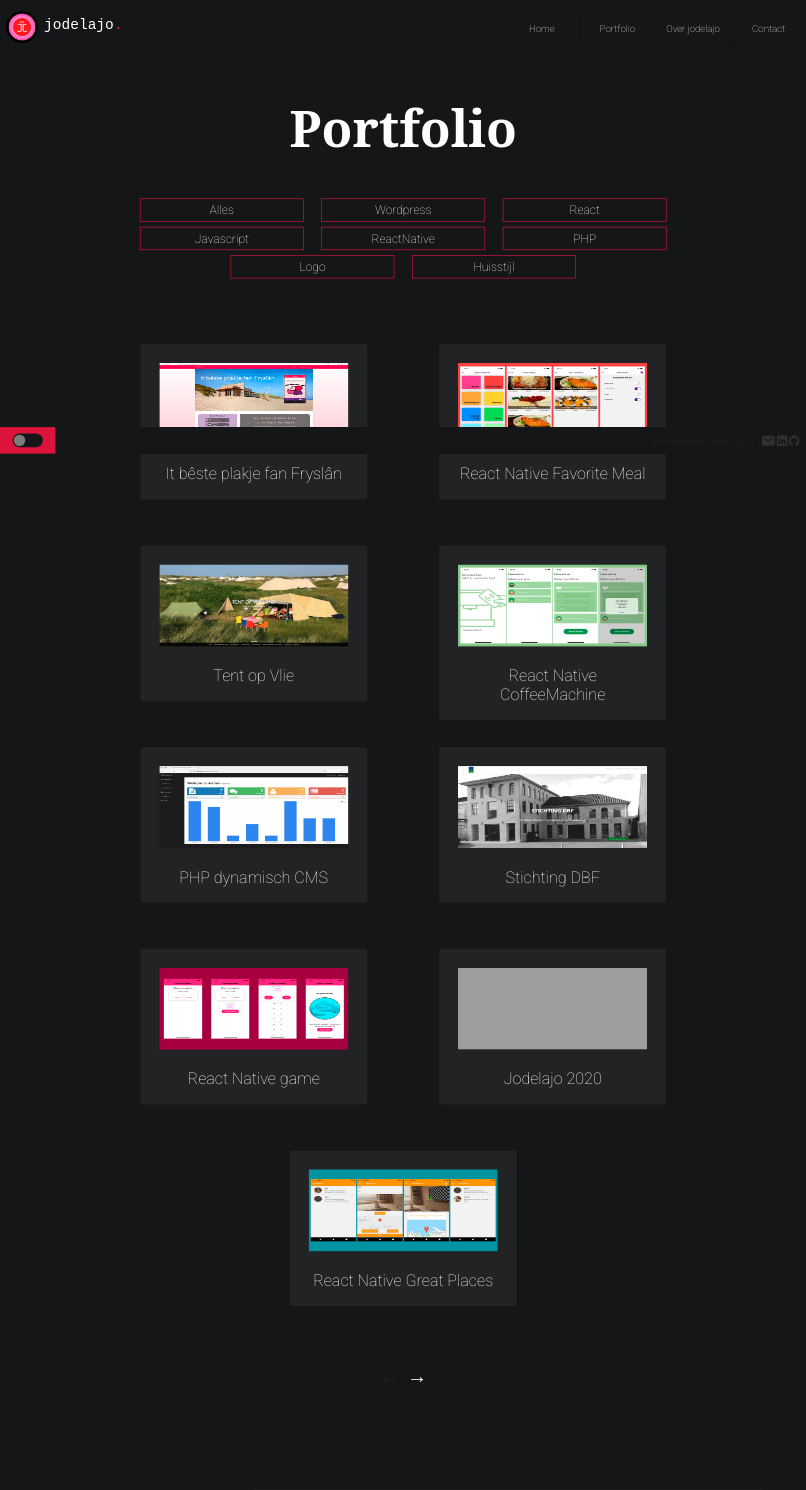
Repository: jodelajo/react-jodelajo
Page: /portfolioscreen
These files come from the project's save history. The page is drawn as it stood at one moment and after the next save; the edit follows.
The browser window is 1280 px wide. The pictures show the whole page, at 63% of full size.
Pictures or frames that could not be fetched are drawn as grey boxes. The project was rebuilt for these pictures with package versions that can differ from the ones it lists, and the page was loaded fresh each time. Also part of the build but not shown: src/pages/home/Home.js, src/pages/singlePortfolio/SinglePortfolio.module.css, src/components/characteristics/Characteristics.js, src/pages/singlePortfolio/SinglePortfolio.js, src/pages/about/About.module.css, src/pages/about/About.js, src/pages/contact/Contact.module.css, src/pages/contact/Contact.js.

Above is the page before, as saved 2021-09-20 14:43:37.

### public/index.html
<!DOCTYPE html>
<html lang="en">
  <head>
    <meta charset="utf-8" />
    <link rel="icon" href="%PUBLIC_URL%/favicon.ico" />
    <link rel="preconnect" href="https://fonts.gstatic.com">
    <link href="https://fonts.googleapis.com/css2?family=Roboto:wght@100;400;900&display=swap" rel="stylesheet">
    <link rel="preconnect" href="https://fonts.gstatic.com">
    <link href="https://fonts.googleapis.com/css2?family=Noto+Serif:wght@400;700&display=swap" rel="stylesheet">
    <meta name="viewport" content="width=device-width, initial-scale=1" />
    <meta name="theme-color" content="#000000" />
    <meta
      name="description"
      content="Jodelajo Design && Coding"
    />

    <title>Jodelajo - Frontend development</title>
  </head>
  <body>

    <div id="root"></div>

  </body>
</html>

### src/index.js
import React from "react";
import ReactDOM from "react-dom";
import "./index.css";
import App from "./App";
import { BrowserRouter as Router } from "react-router-dom";
import reportWebVitals from "./reportWebVitals";

ReactDOM.render(
  <React.StrictMode>
    <Router>
      <App />
    </Router>
  </React.StrictMode>,
  document.getElementById("root")
);

reportWebVitals();

### src/index.css
:root {
  --colors-primary: #151617;
  --colors-background: white;
  --colors-accent: rgb(220, 20, 60);
  --colors-portfolio: #222324;
  --colors-content: rgb(124, 123, 123);
  --colors-footer: #303031;
}
body {
  margin: 0;
  padding: 0;
  font-family: "Roboto", sans-serif;
  box-sizing: border-box;
  font-size: 1.6rem;
  width: 100%;
}

h1 {
  font-size: 3.2rem;
  font-family: "Noto Serif", serif;
  font-weight: 700;
  color: var(--colors-background);
  padding-top: 100px;
}

@media only screen and (min-width: 576px) {
  h1 {
    font-size: 4rem;
  }
}

@media only screen and (min-width: 768px) {
  h1 {
    font-size: 8rem;
  }
}

@media only screen and (min-width: 992px) {
  h1 {
    font-size: 10rem;
  }
}

@media only screen and (min-width: 1200px) {
  h1 {
    font-size: 12rem;
  }
}

### src/App.js
import React, {  useState } from "react";
import "./App.css";
import "./theme.css";
import { Route, Switch, } from "react-router-dom";
import NavBar from "./components/navBar/NavBar";
import Home from "./pages/home/Home";
import PortfolioScreen from "./pages/portfolioScreen/PortfolioScreen";
import SinglePortfolio from "./pages/singlePortfolio/SinglePortfolio";
import About from "./pages/about/About";
import Contact from "./pages/contact/Contact";
import Footer from "./components/footer/Footer";
import useGaTracker from "./components/useGaTracker";

function App() {
  useGaTracker()
  const [theme, setTheme] = useState("dark");

  function themeHandler() {
    if (theme === "light") {
      setTheme("dark");
    } else {
      setTheme("light");
    }
  }

  return (
    <div className={`App ${theme}`}>
      <div className="app-container">
        <NavBar />

        <Switch>
          <Route exact path="/" component={Home} />
          <Route path="/portfolioscreen" component={PortfolioScreen} />
          <Route path="/singleportfolio/:slug" component={SinglePortfolio} />
          <Route path="/about" component={About} />
          <Route path="/contact" component={Contact} />
        </Switch>
        <span className="footer">
          <Footer themeHandler={themeHandler} />
        </span>
      </div>
    </div>
  );
}

export default App;

### src/App.css
.app-container {
  display: flex;
  flex-direction: column;
  justify-content: space-between;
  width: 100vw;
  align-items: center;
}

.footer {
  display: flex;
  width: 100%;
}

### src/theme.css
.dark {
  --colors-primary: #151617;
  --colors-background: white;
  --colors-accent: rgb(220, 20, 60);
  --colors-portfolio: #222324;
  --colors-content: rgb(124, 123, 123);
  --colors-footer: #303031;
  background-color: #151617;
  min-height: 100vh;
}

.light {
  --colors-primary: #fff;
  --colors-background: #151617;
  --colors-accent: rgb(220, 20, 60);
  --colors-portfolio: rgb(206, 206, 206);
  --colors-content: rgb(124, 123, 123);
  --colors-footer: #303031;
  background-color: #fff;
  min-height: 100vh;
}

### src/components/navBar/NavBar.js
import React, { useState } from "react";
import styles from "./NavBar.module.css";
import { Link } from "react-router-dom";
import logo from "../../assets/images/logo300x300.png";

function NavBar() {
  const [checked, setChecked] = useState(false);

  function handleClick() {
    setChecked(!checked);
  }

  return (
    <div className={styles["navbar-container"]}>
      <div className={styles["logo-name-wrapper"]}>
        <Link to="/">
          <img src={logo} alt="logo" className={styles["logo"]} />
        </Link>
        <h2>
          jodelajo<span className={styles["dot"]}>.</span>
        </h2>
      </div>

      <label htmlFor="hamburger" className={styles["hamburger-icon"]}>
        &#9776;
      </label>

      <input
        type="checkbox"
        className={styles["hamburger"]}
        id="hamburger"
        checked={checked}
        onChange={() => {
          setChecked(!checked);
        }}
      />

      {checked && (
        <div className={styles["nav-wrapper"]}>
          <Link to="/" className={styles["menuClass"]} onClick={handleClick}>
            Home
          </Link>
          <Link
            to="/portfolioScreen"
            className={styles["menuClass"]}
            onClick={handleClick}
          >
            Portfolio
          </Link>
          <Link
            to="/about"
            className={styles["menuClass"]}
            onClick={handleClick}
          >
            Over jodelajo
          </Link>
          <Link
            to="/contact"
            className={styles["menuClass"]}
            onClick={handleClick}
          >
            Contact
          </Link>
        </div>
      )}

      {!checked && (
        <div className={styles["nav-wrapper-web"]}>
          <Link to="/" className={styles["menuClass"]}>
            Home
          </Link>
          <Link to="/portfolioScreen" className={styles["menuClass"]}>
            Portfolio
          </Link>
          <Link to="/about" className={styles["menuClass"]}>
            Over jodelajo
          </Link>
          <Link to="/contact" className={styles["menuClass"]}>
            Contact
          </Link>
        </div>
      )}
    </div>
  );
}
export default NavBar;

### src/pages/portfolioScreen/PortfolioScreen.js
import React, { useState } from "react";
import { Link } from "react-router-dom";
import styles from "./PortfolioScreen.module.css";
import portfolioData from "../../data/portfolio.json";

function PortfolioScreen() {
  const [filteredPort, setFilteredPort] = useState(portfolioData);
  const [start, setStart] = useState(0);
  const [end, setEnd] = useState(9);

  function nextScreenHandler() {
    setStart(start + 9);
    setEnd(end + 9);
  }
  function prevScreenHandler() {
    setStart(start - 9);
    setEnd(end - 9);
  }

  function handeClickAll() {
    setFilteredPort(portfolioData);
  }

  const portWordpress = portfolioData.filter((port) => {
    return port.category.Wordpress;
  });

  const portJavascript = portfolioData.filter((port) => {
    return port.category.Javascript;
  });

  const portReact = portfolioData.filter((port) => {
    return port.category.React;
  });

  const portReactNative = portfolioData.filter((port) => {
    return port.category.ReactNative;
  });

  const portPHP = portfolioData.filter((port) => {
    return port.category.PHP;
  });
  const portLogo = portfolioData.filter((port) => {
    return port.category.Logo;
  });

  const portHuisstijl = portfolioData.filter((port) => {
    return port.category.Huisstijl;
  });

  function handleClickWordpress() {
    if (portWordpress) {
      setFilteredPort(portWordpress);
    }
  }

  function handleClickReact() {
    if (portReact) {
      setFilteredPort(portReact);
    }
  }

  function handleClickJavascript() {
    if (portJavascript) {
      setFilteredPort(portJavascript);
    }
  }

  function handleClickReactNative() {
    if (portReactNative) {
      setFilteredPort(portReactNative);
    }
  }

  function handleClickLogo() {
    if (portLogo) {
      setFilteredPort(portLogo);
    }
  }
  function handleClickPHP() {
    if (portPHP) {
      setFilteredPort(portPHP);
    }
  }

  function handleClickHuisstijl() {
    if (portHuisstijl) {
      setFilteredPort(portHuisstijl);
    }
  }

  return (
    <div className={styles["port-container"]}>
      <h1>Portfolio</h1>
      <div className={styles["port-buttons"]}>
        <button
          type="button"
          className={styles["cat-button"]}
          onClick={handeClickAll}
          value="all"
        >
          Alles
        </button>
        <button
          type="button"
          className={styles["cat-button"]}
          onClick={handleClickWordpress}
          value="wordpress"
        >
          Wordpress
        </button>
        <button
          type="button"
          className={styles["cat-button"]}
          value="react"
          onClick={handleClickReact}
        >
          React
        </button>
        <button
          type="button"
          className={styles["cat-button"]}
          value="javascript"
          onClick={handleClickJavascript}
        >
          Javascript
        </button>
        <button
          type="button"
          className={styles["cat-button"]}
          value="react-native"
          onClick={handleClickReactNative}
        >
          ReactNative
        </button>
        <button
          type="button"
          className={styles["cat-button"]}
          value="php"
          onClick={handleClickPHP}
        >
          PHP
        </button>
        <button
          type="button"
          className={styles["cat-button"]}
          value="logo"
          onClick={handleClickLogo}
        >
          Logo
        </button>

        <button
          type="button"
          className={styles["cat-button"]}
          value="huisstijl"
          onClick={handleClickHuisstijl}
        >
          Huisstijl
        </button>
      </div>

      <div className={styles["port-wrapper"]}>
        {filteredPort.slice(start, end).map((singlePort) => (
          <div className={styles["port-wrappertje"]} key={singlePort.id}>
            <Link
              to={`/singleportfolio/${singlePort.id}`}
              className={styles["port-comp"]}
            >
              <div className={styles["image-box"]}>
                <img
                  src={singlePort.image}
                  alt="portfolio"
                  className={styles["port-img"]}
                />
              </div>

              <p>{singlePort.title}</p>
            </Link>
          </div>
        ))}
      </div>
      <div className={styles["web-buttons"]}>
        <button
          className={styles["arrow-button"]}
          type="button"
          disabled={start < 1}
          onClick={prevScreenHandler}
        >
          ←
        </button>
        <button
          className={styles["arrow-button"]}
          type="button"
          disabled={end >= filteredPort.length}
          onClick={nextScreenHandler}
        >
          →
        </button>
      </div>
    </div>
  );
}
export default PortfolioScreen;

### src/components/footer/Footer.js
import React from "react";
import styles from "./Footer.module.css";
import { IoLogoGithub, IoLogoLinkedin, IoMail } from "react-icons/io5";
import ThemeButton from "../themeButton/ThemeButton";

function Footer({ themeHandler }) {
  const day = new Date();
  const year = day.getFullYear();

  return (
    <div className={styles["footer-container"]}>
      <div className={styles.buttonContainer}>
        <ThemeButton onClick={themeHandler} />
      </div>
      <div className={styles["info-container"]}>
        <p className={styles["contact-text"]}>
          GirlPowered by: jodelajo {year}
        </p>
        <div className={styles.icons}>
          <span className={styles["contact-icons"]}>
            <a href="mail.to:jodelajo@gmail.com">
              <IoMail className={styles.mail} />
            </a>
          </span>
          <span className={styles["contact-icons"]}>
            <a
              href="https://www.linkedin.com/in/joanneke-haasbroek-77b31020/"
              target="_blank"
              rel="noreferrer"
            >
              <IoLogoLinkedin />
            </a>
          </span>
          <span className={styles["contact-icons"]}>
            <a
              href="https://github.com/jodelajo"
              target="_blank"
              rel="noreferrer"
            >
              <IoLogoGithub />
            </a>
          </span>
        </div>
      </div>
    </div>
  );
}
export default Footer;

### src/components/useGaTracker.js
import { useEffect, useState } from "react";
import { useLocation } from "react-router-dom";
import ReactGA from "react-ga";

const useGaTracker = () => {
    const location = useLocation();
    const [initialized, setInitialized] = useState(false);

    useEffect(() => {
        if (!window.location.href.includes("localhost")) {
        ReactGA.initialize("UA-199953893-1");
        }
        setInitialized(true);
    }, []);

    useEffect(() => {
        if (initialized) {
        ReactGA.pageview(location.pathname + location.search);
        }
    }, [initialized, location]);
};

export default useGaTracker;

### src/components/navBar/NavBar.module.css
.navbar-container {
  display: flex;
  position: fixed;
  top: 0;
  width: 100%;
  height: 90px;
  background-color: var(--colors-primary);
  color: var(--colors-background);
  justify-content: space-between;
  align-items: center;
  z-index: 1;
  font-size: 0.6em;
}

.nav-wrapper {
  display: block;
  top: 90px;
  right: 0;
  width: 200px;
  position: absolute;
}

.nav-wrapper-web {
  display: none;
}

.logo-name-wrapper {
  display: flex;
}

h2 {
  font-family: "Courier New", Courier, monospace;
  font-weight: 300;
  color: var(--colors-background);
}

.dot {
  color: var(--colors-accent);
}

.logo {
  width: 70px;
  height: 70px;
}

.hamburger-icon {
  color: var(--colors-background);
  font-size: 2.2em;
  margin-right: 10px;
  margin-bottom: 12px;
}

#hamburger {
  display: none;
}

.hamburger {
  display: none;
}

.menuClass {
  width: 200px;
  padding: 20px 10px;
  font-weight: 300;
  text-decoration: none;
  color: var(--colors-background);
  text-align: center;
  box-sizing: border-box;
  display: block;
  border-bottom: 2px solid var(--colors-content);
  background-color: var(--colors-primary);
}

@media only screen and (min-width: 992px) {
  .nav-wrapper-web {
    box-sizing: border-box;
    display: flex;
    justify-content: space-between;
  }

  .nav-wrapper {
    display: none;
  }

  .hamburger-icon {
    display: none;
  }

  .menuClass {
    width: 120px;
    background-color: var(--colors-primary);
    border: none;
    font-weight: 300;
  }

  .menuClass:hover {
    color: var(--colors-accent);
  }
}
@media only screen and (min-width: 1600px) {
  .navbar-container {
    font-size: 1.2rem;
  }
  .menuClass {
    width: 160px;
  }
}

### src/pages/home/Home.module.css
.home-wrapper {
  display: flex;
  width: 100vw;
  height: 100%;
  align-items: center;
  justify-content: center;
  flex-wrap: wrap;
  flex-grow: 1;
  min-height: 100%;
  text-align: center;
}

.and {
  color: var(--colors-accent);
}

.main {
  font-size: 1.6rem;
  font-weight: 400;
  color: var(--colors-content);
  margin-bottom: 100px;
  width: 70%;
  height: auto;
  text-align: start;
}

.accent {
  color: var(--colors-background);
  font-weight: 400;
  text-decoration: none;
}

.accent:hover {
  color: var(--colors-accent);
  cursor: pointer;
}

@media only screen and (min-width: 576px) {
  .main {
    font-size: 2rem;
  }
}

@media only screen and (min-width: 768px) {
  .main {
    font-size: 3rem;
    font-weight: 300;
  }

  .accent {
    font-weight: 300;
  }
}

@media only screen and (min-width: 992px) {
  .aboutWrapper {
    width: 70%;
  }
}

@media only screen and (min-width: 1200px) {
  h1 {
    margin-top: 3rem;
  }
  .main {
    font-size: 3.6rem;
  }
}

@media only screen and (min-width: 1600px) {
  .home-wrapper {
    margin-bottom: 40px;
    /* padding-top: 100px; */
    width: 90%;
  }
}

### src/pages/portfolioScreen/PortfolioScreen.module.css
.port-container {
  width: 80%;
  flex-grow: 1;
  display: flex;
  flex-direction: column;
  align-items: center;
  margin-top: 0;
  margin-bottom: 160px;
}

.port-container h1 {
  font-size: 2rem;
}

.port-wrapper {
  display: flex;
  flex-direction: row;
  justify-content: space-evenly;
  color: var(--colors-background);
  font-size: 1.6rem;
  font-weight: 200;
  flex-wrap: wrap;
  gap: 20px;
}

.port-comp {
  list-style-type: none;
  text-align: center;
  background-color: var(--colors-portfolio);
  border-radius: 4px;
  padding: 30px 30px 0 30px;
  display: flex;
  flex-direction: column;
  text-decoration: none;
  color: var(--colors-background);
}

.image-box {
  overflow: hidden;
}

.port-img {
  width: 300px;
  height: 130px;
  transition: all 0.3s ease-in-out;
}

.port-img:hover {
  transform: scale(1.1);
}

.port-buttons {
  margin-bottom: 20px;
  display: flex;
  column-gap: 20px;
  flex-wrap: wrap;
  justify-content: center;
}

.cat-button {
  background-color: var(--colors-primary);
  color: var(--colors-background);
  border: 1px solid var(--colors-accent);
  font-family: "Roboto", sans-serif;
  font-size: 1.2rem;
  font-weight: 200;
  width: 130px;
  padding: 6px 2px;
  cursor: pointer;
  margin: 4px;
}
.web-buttons {
  display: flex;
  margin-top: 40px;
}
.arrow-button {
  font-size: 2rem;
  border: none;
  background-color: var(--colors-primary);
  color: var(--colors-background);
  cursor: pointer;
  margin: 0;
}

.arrow-button:hover {
  color: var(--colors-accent);
}

.arrow-button:disabled {
  color: var(--colors-portfolio);
  cursor: default;
}
@media only screen and (min-width: 768px) {
  .port-container h1 {
    font-size: 4rem;
  }
  .port-buttons {
    margin-bottom: 100px;
  }
}

@media only screen and (min-width: 992px) {
  .port-container h1 {
    font-size: 5rem;
  }
  .port-wrappertje{
    max-width: 360px;
    height: 300px;
  }
  .cat-button {
    width: 260px;
  }
}
@media only screen and (min-width: 1600px) {
  .port-container h1 {
    font-size: 6rem;
  }
  .port-buttons{
    max-width: 60%;
  }
  .port-wrapper {
    max-width: 80%;
  }
  .port-img {
    width: 400px;
    height: 213px;
  }
}

### src/components/footer/Footer.module.css
.footer-container {
  background-color: var(--colors-primary);
  width: 100%;
  position: fixed;
  bottom: 0;
  flex-shrink: 0;
  display: flex;
  z-index: 20;
  justify-content: space-between;
  align-items: flex-end;
}

.buttonContainer {
  margin: 0;
}

.info-container {
  display: flex;
  padding-right: 10px;
  column-gap: 10px;
  justify-content: flex-end;
  align-items: center;
}

.contact-text {
  color: var(--colors-footer);
  font-size: 0.8rem;
  font-weight: 200;
}

.icons {
  display: flex;
  align-items: flex-end;
}
.contact-icons a {
  font-size: 1.2rem;
  color: var(--colors-footer);
}

.contact-icons a:hover {
  color: var(--colors-background);
}

.mail {
  font-size: 1.46rem;
  margin-bottom: -3px;
}

### src/components/themeButton/ThemeButton.js
import React, { useState } from "react";
import styles from "./ThemeButton.module.css";

function ThemeButton({ onClick }) {
  const [checked, toggleChecked] = useState(false);

  function handleChecked() {
    onClick();
    toggleChecked(!checked);
  }
  return (
    <>
      <div className={styles["switch-wrapper"]}>
        <input
          type="checkbox"
          className={styles["switch"]}
          id="switch"
          onClick={handleChecked}
        />

        <label htmlFor="switch" className={styles["switch-btn"]} />
      </div>
    </>
  );
}
export default ThemeButton;

### src/components/themeButton/ThemeButton.module.css
.switch-wrapper {
    min-width: 100%;
    background-color: var(--colors-accent);
    display: flex;
    justify-content: center;
    align-items: center;
    padding: 10px;
}

.switch {
    display: none;
}

.switch-btn {
    box-sizing: border-box;
    position: relative;
    outline: none;
    width: 3rem;
    height: 1.4rem;
    display: block;
    cursor: pointer;
    background: var(--colors-primary);
    border-radius: 2rem;
    padding: 2px;
    transition: all .4s ease;
}


.switch-btn::after {
    position: relative;
    left: 0;
    display: block;
    content: "";
    width: 40%;
    height: 100%;
    border-radius: 50%;
    background: var(--colors-content);
    transition: all .2s ease;
}

.switch:checked + .switch-btn {
    background: var(--colors-primary);
}

.switch:checked + .switch-btn::after {
    left: 60%;
}

Loaded but not shown: src/reportWebVitals.js (common file); src/data/portfolio.json (207 lines, source omitted)

After the next save:
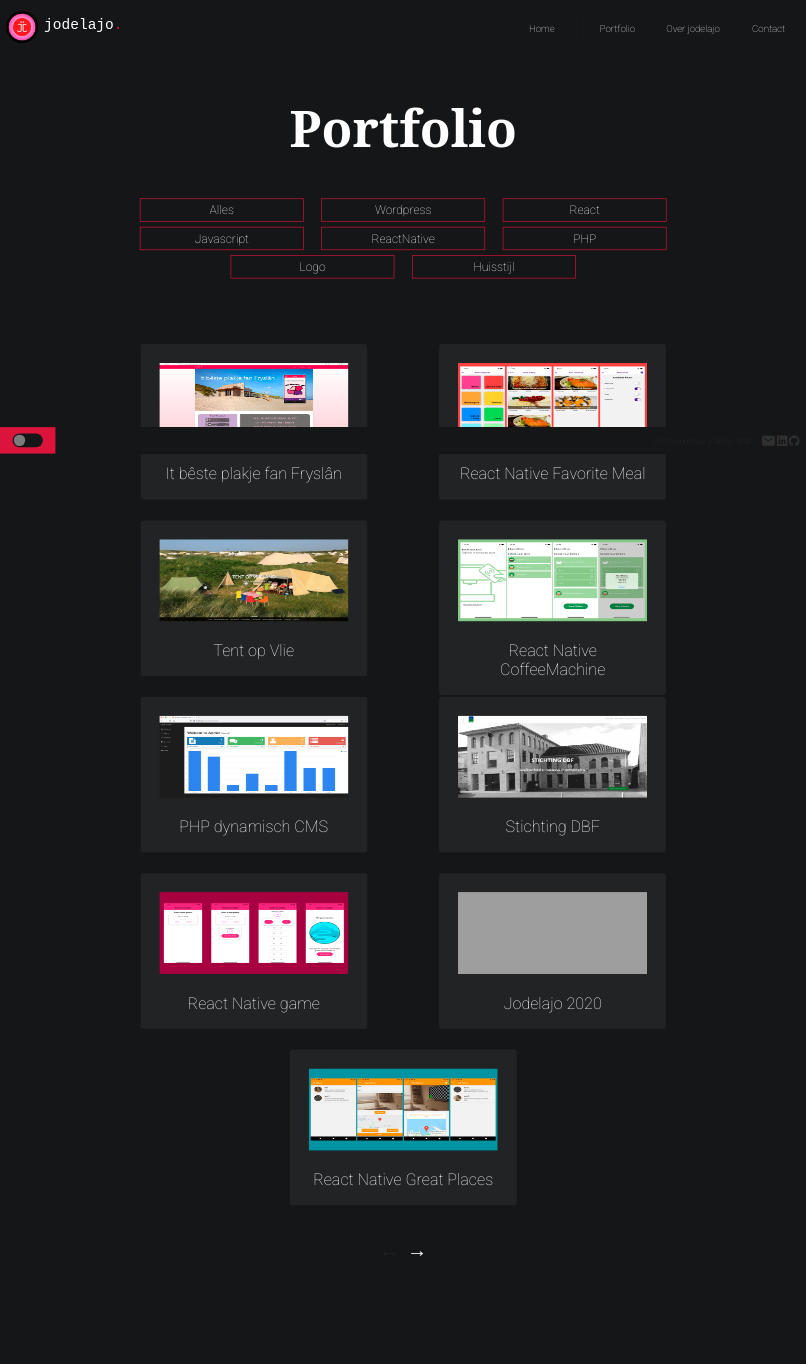
Saved 13 s later.
--- a/src/pages/portfolioScreen/PortfolioScreen.module.css
+++ b/src/pages/portfolioScreen/PortfolioScreen.module.css
@@ -105,7 +105,7 @@
   }
   .port-wrappertje{
     max-width: 360px;
-    height: 300px;
+    height: 260px;
   }
   .cat-button {
     width: 260px;
